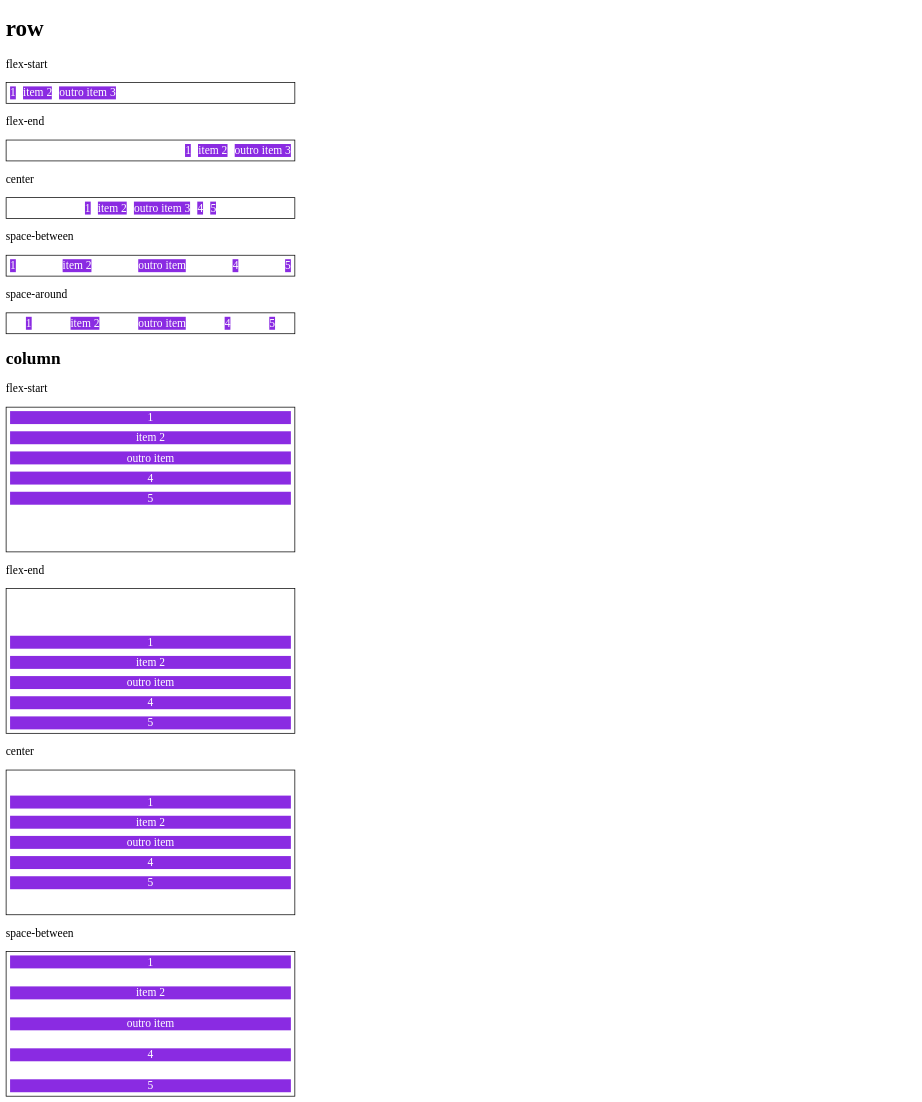
Repository: gabrielbino/projects-dio
Page: Flexbox/@justify-content.html
An editor plug-in stored every save of this project. The page is shown before and after the next save, followed by the edit.
The browser window is 1280 px wide. The pictures show the whole page, at 72% of full size.

Above is the page before, as saved 2021-10-22 17:48:37.

After the next save:
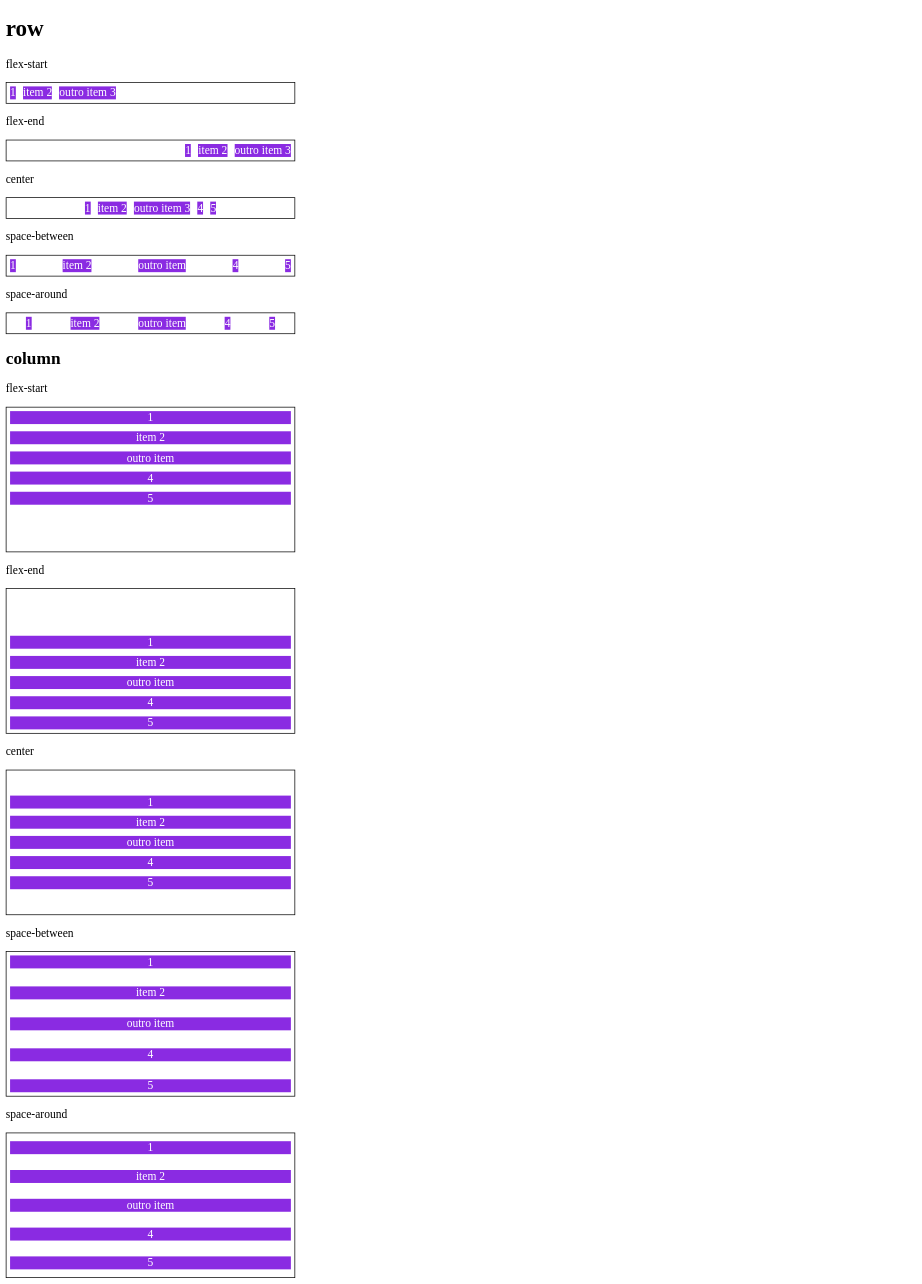
Saved 35 s later.
--- a/Flexbox/@justify-content.html
+++ b/Flexbox/@justify-content.html
@@ -129,5 +129,14 @@
       <div class="item">4</div>
       <div class="item">5</div>
     </section>
+
+    <p>space-around</p>
+    <section class="container spaceAround column">
+      <div class="item">1</div>
+      <div class="item">item 2</div>
+      <div class="item">outro item</div>
+      <div class="item">4</div>
+      <div class="item">5</div>
+    </section>
   </body>
 </html>
